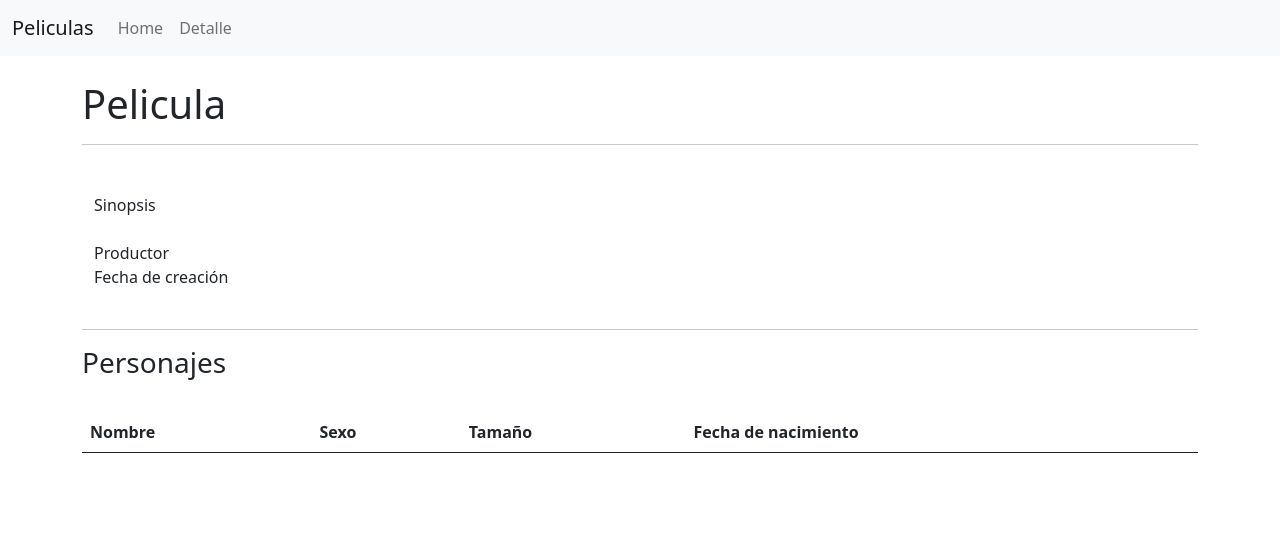
Repository: BrandoCarquinMendocilla/catalogo_peliculas
Page: http://localhost/detalle
An editor plug-in stored every save of this project. The page is shown before and after the next save, followed by the edit.
The browser window is 1280 px wide. The pictures show the whole page.
The page is this project's Thymeleaf template; nobody is signed in. The template is opened directly, without the code that normally fills it, so the values that code supplies are empty.

Above is the page before, as saved 2022-06-17 05:19:13.

After the next save:
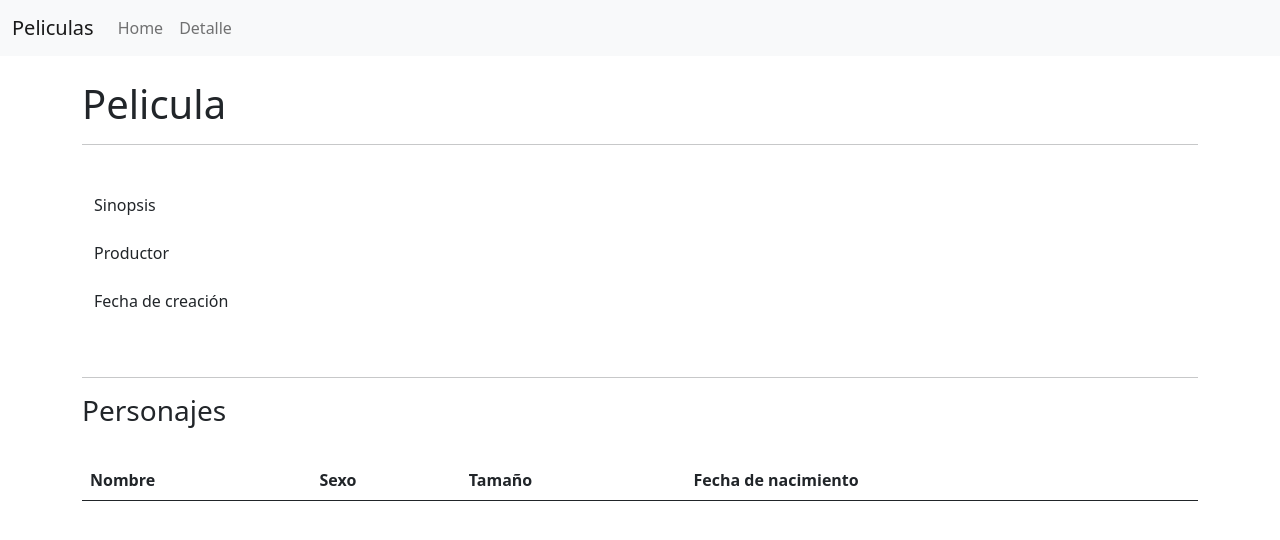
Saved 28 s later.
--- a/pelis-catalogo/src/main/resources/templates/detalle.html
+++ b/pelis-catalogo/src/main/resources/templates/detalle.html
@@ -41,15 +41,17 @@
 				<div class="col">Sinopsis</div>
 				<div class="col" th:text="${detalle.opening_crawl}"></div>
 			</div>
-					<br>
+			<br>
 			<div class="row">
 				<div class="col">Productor</div>
 				<div class="col" th:text="${detalle.producer}"></div>
 			</div>
+			<br>
 			<div class="row">
 				<div class="col">Fecha de creación</div>
 				<div class="col" th:text="${detalle.release_date}"></div>
 			</div>
+			<br>
 
 		</div>
 
